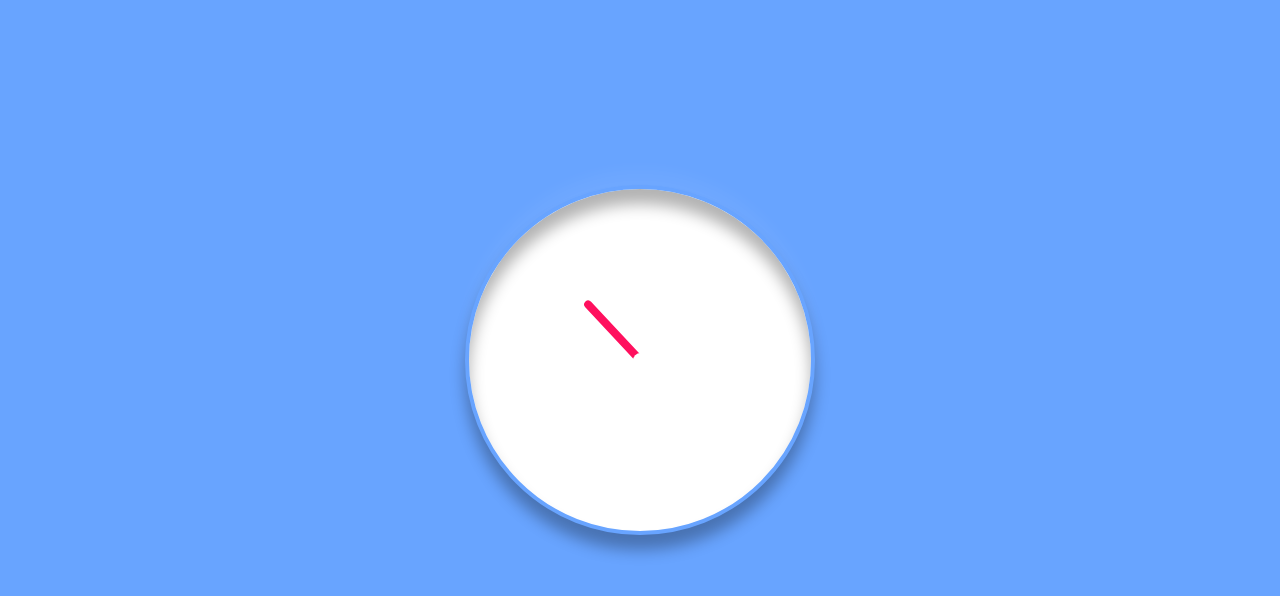
Repository: DaNiels89/analog-clock
Page: index.html
These files come from the project's save history. The page is drawn as it stood at one moment and after the next save; the edit follows.
The browser window is 1280 px wide. The pictures show the whole page.

Above is the page before, as saved 2020-06-20 11:40:29.

### index.html
<!DOCTYPE html>
<html lang="en">

<head>
    <meta charset="UTF-8">
    <meta name="viewport" content="width=device-width, initial-scale=1.0">
    <title>Analog Clock</title>
    <!-- <link rel="stylesheet" href="css/styles.css"> -->
    <link rel="stylesheet" href="css/lightstyles.css">
</head>

<body>
    <div class="clock">
        <div class="hour">
            <div class="hr" id="hr"></div>
        </div>
        <div class="min">
            <div class="mn" id="mn"></div>
        </div>
        <div class="sec">
            <div class="sc" id="sc"></div>
        </div>
    </div>

    <script src="js/main.js"></script>
</body>

</html>

### css/lightstyles.css
* {
    margin: 0;
    padding: 0;
    box-sizing: border-box;
  }

  body {
    display: flex;
    justify-content: center;
    align-items: center;
    min-height: 100vh;
    background: #68a4ff
  }

  .clock {
    width: 350px;
    height: 350px;
    display:flex;
    justify-content: center;
    align-items: center;
    background: #fff;
    background-size: cover;
    border: 4px solid #68a4ff;
    border-radius: 50%;
    box-shadow: 0 -15px 15px rgba(255,255,255,0.05),
          inset 0 -15px 15px rgba(255,255,255,0.05),
                0 15px 15px rgba(0,0,0,0.3),
          inset 0 15px 15px rgba(0,0,0,0.3);
  }

  .clock::before {
    content: "";
    position: absolute;
    width: 15px;
    height: 15px;
    background: #fff;
    border-radius: 50%;
    z-index: 10000;
  }

  .clock .hour,
  .clock .min,
  .clock .sec {
    position: absolute;
  }

  .clock .hour, .hr {
    width: 160px;
    height: 160px;
  }

  .clock .min, .mn {
    width: 190px;
    height: 190px;
  }

  .clock .sec, .sc {
    width: 230px;
    height: 230px;
  }

  .hr, .mn, .sc {
    display: flex;
    justify-content: center;
    position: absolute;
    border-radius: 50%;;
  }

  .hr::before {
    content: "";
    position: absolute;
    width: 8px;
    height: 80px;
    background: #ff105e;
    z-index: 10;
    border-radius: 6px 6px 0 0;
  }

  .mn::before {
    content: "";
    position: absolute;
    width: 4px;
    height: 90px;
    background: #fff;
    z-index: 11;
    border-radius: 6px 6px 0 0;
  }

  .sc::before {
    content: "";
    position: absolute;
    width: 2px;
    height: 150px;
    background: #fff;
    z-index: 12;
    border-radius: 6px 6px 0 0;
  }

### js/main.js
const deg = 6
const hr = document.querySelector("#hr")
const mn = document.querySelector("#mn")
const sc = document.querySelector("#sc")

setInterval(() => {
    let day = new Date()
    let hh = day.getHours() * 30
    let mm = day.getMinutes() * deg
    let ss = day.getSeconds() * deg

    hr.style.transform = `rotateZ(${(hh) + (mm / 12)}deg)`
    mn.style.transform = `rotateZ(${(mm)}deg)`
    sc.style.transform = `rotateZ(${(ss)}deg)`
})

After the next save:
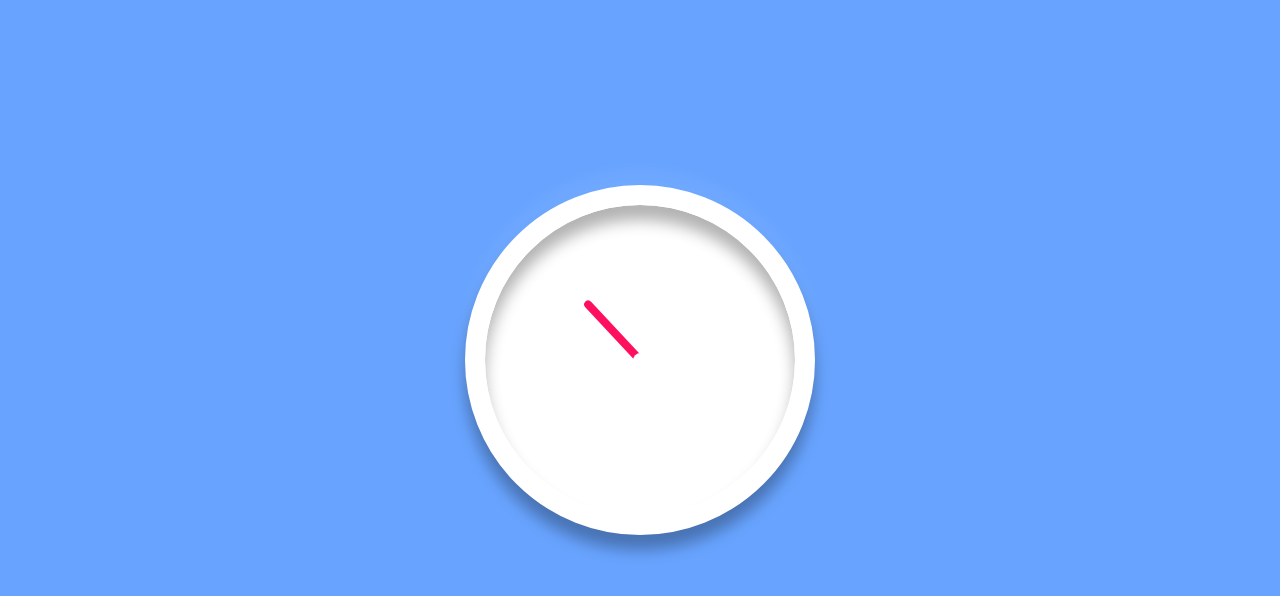
Saved 48 s later.
--- a/css/lightstyles.css
+++ b/css/lightstyles.css
@@ -19,8 +19,8 @@
     justify-content: center;
     align-items: center;
     background: #fff;
-    background-size: cover;
-    border: 4px solid #68a4ff;
+    border-radius: 50%;
+    border: 20px solid #fff;
     border-radius: 50%;
     box-shadow: 0 -15px 15px rgba(255,255,255,0.05),
           inset 0 -15px 15px rgba(255,255,255,0.05),
